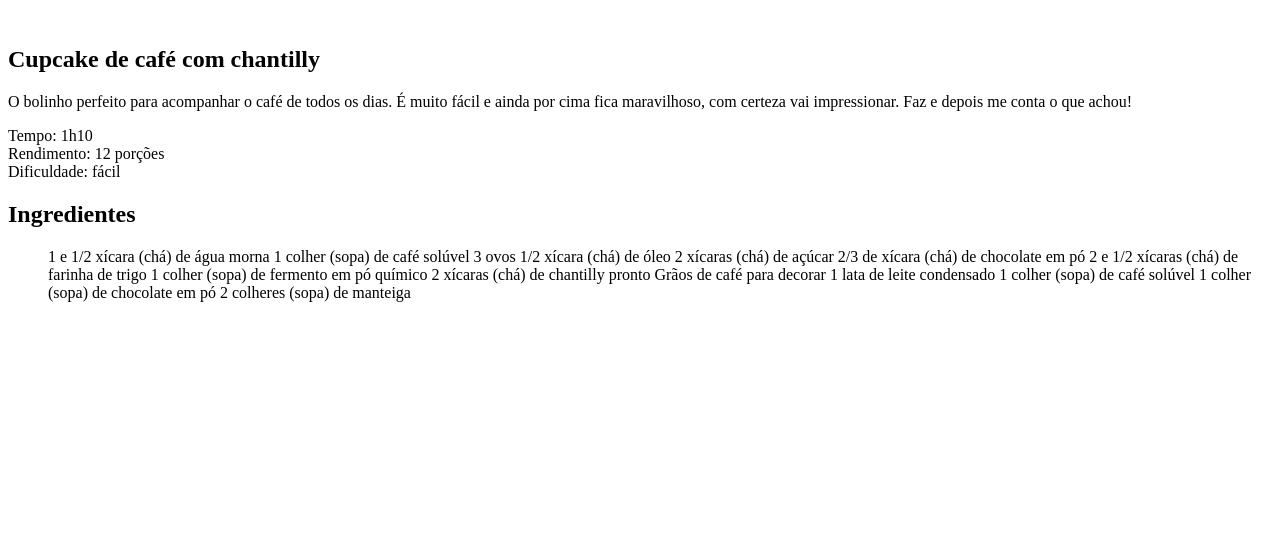
Repository: mati3110/full-stack
Page: Projeto_Receitas/index.html
These files come from the project's save history. The page is drawn as it stood at one moment and after the next save; the edit follows.
The browser window is 1280 px wide. The pictures show the whole page.

Above is the page before, as saved 2025-02-27 14:01:15.

After the next save:
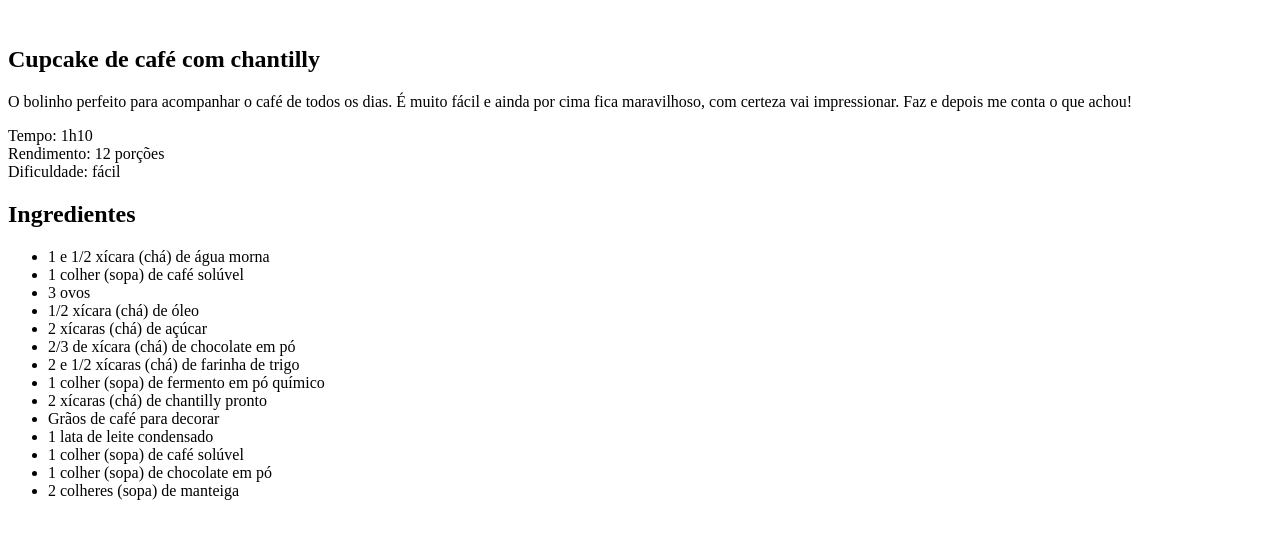
Saved 11 min 15 s later.
--- a/Projeto_Receitas/index.html
+++ b/Projeto_Receitas/index.html
@@ -23,22 +23,22 @@
                 </section>
                 <section id="ingredients">
                     <h2>Ingredientes</h2>
-                    <ol>
-                        1 e 1/2 xícara (chá) de água morna
-                        1 colher (sopa) de café solúvel
-                        3 ovos
-                        1/2 xícara (chá) de óleo
-                        2 xícaras (chá) de açúcar
-                        2/3 de xícara (chá) de chocolate em pó
-                        2 e 1/2 xícaras (chá) de farinha de trigo
-                        1 colher (sopa) de fermento em pó químico
-                        2 xícaras (chá) de chantilly pronto
-                        Grãos de café para decorar
-                        1 lata de leite condensado
-                        1 colher (sopa) de café solúvel
-                        1 colher (sopa) de chocolate em pó
-                        2 colheres (sopa) de manteiga
-                    </ol>
+                    <ul>
+                        <li>1 e 1/2 xícara (chá) de água morna</li>
+                        <li>1 colher (sopa) de café solúvel</li>
+                        <li>3 ovos</li>
+                        <li>1/2 xícara (chá) de óleo</li>
+                        <li>2 xícaras (chá) de açúcar</li>
+                        <li>2/3 de xícara (chá) de chocolate em pó</li>
+                        <li>2 e 1/2 xícaras (chá) de farinha de trigo</li>
+                        <li>1 colher (sopa) de fermento em pó químico</li>
+                        <li>2 xícaras (chá) de chantilly pronto</li>
+                        <li>Grãos de café para decorar</li>
+                        <li>1 lata de leite condensado</li>
+                        <li>1 colher (sopa) de café solúvel</li>
+                        <li>1 colher (sopa) de chocolate em pó</li>
+                        <li>2 colheres (sopa) de manteiga </li>
+                    </ul>
                 </section>
                 <section id="preparation"></section>
             </main>
